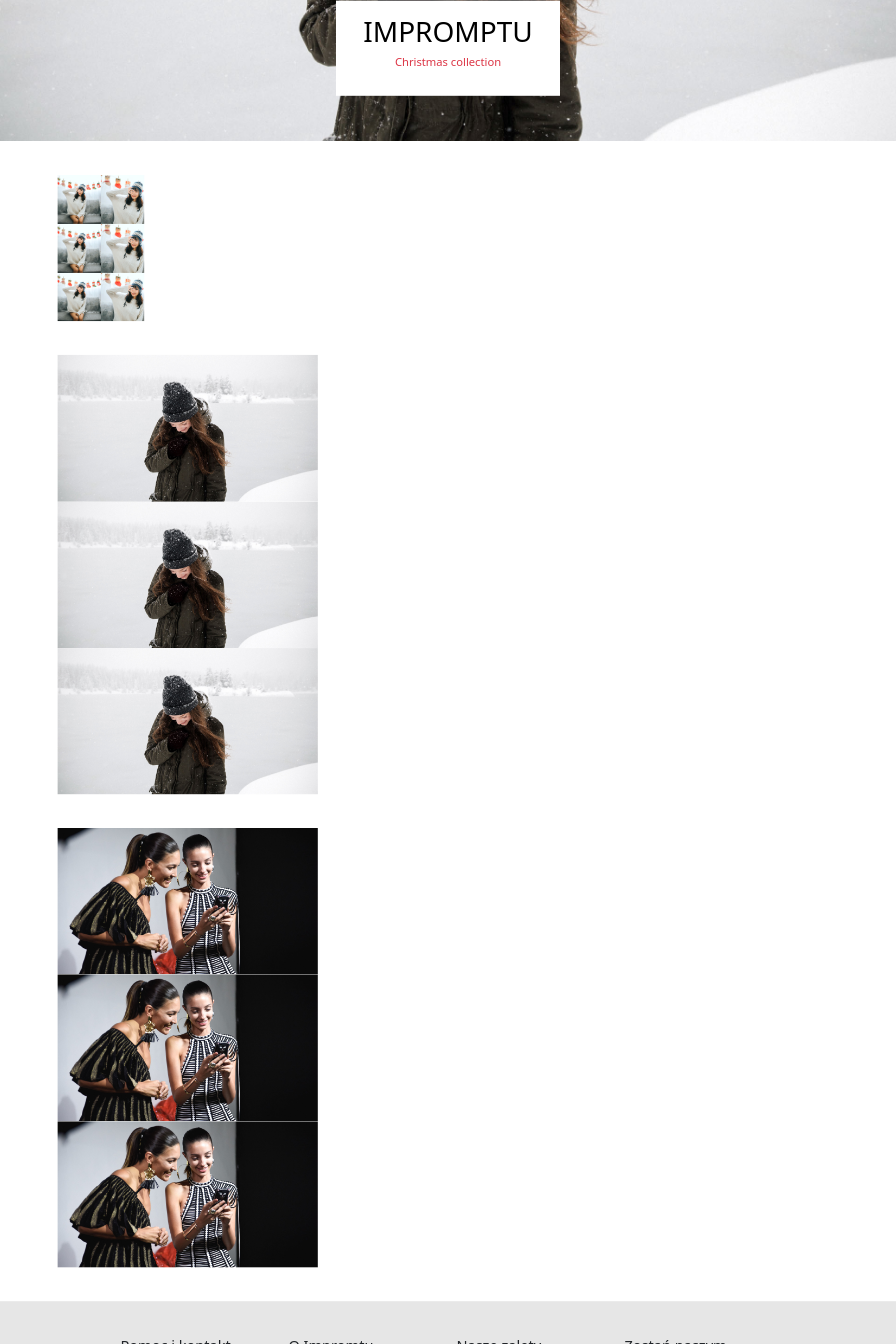
Repository: michalgornicki/Impromptu
Page: /
The author's editor kept a copy of each file at every save. The page is drawn from the files as they stood at one save, then again after a run of saves.
The browser window is 1280 px wide. The pictures show the part of the page from y = 547 to 2467 px (the page is 2988 px tall before and 2151 px after), at 70% of full size.
The project was rebuilt for these pictures with package versions that can differ from the ones it lists, and the page was loaded fresh each time.

Above is the page before, as saved 2021-12-23 14:39:04.

### src/App.jsx
import React from "react";
import "./App.css";
import "bootstrap/dist/css/bootstrap.min.css";
import Container from "react-bootstrap/Container";
import Navbar from "react-bootstrap/Navbar";
import Nav from "react-bootstrap/Nav";
import NavDropdown from "react-bootstrap/NavDropdown";
import Carousel from "react-bootstrap/Carousel";
import Row from "react-bootstrap/Row";
import Col from "react-bootstrap/Col";
import photo1 from "./1.jpg";
import photo2 from "./2.jpg";
import photo3 from "./3.jpg";
import photo4 from "./4.jpg";
import photo5 from "./5.jpg";

function App() {
  return (
    <p>
      <Navbar
        collapseOnSelect
        expand="lg"
        bg="light"
        variant="light"
        className="py-4 display-8 text-dark"
      >
        <Container>
          <Navbar.Brand href="#home" className="w-20 text-bold">IMPROMPTU</Navbar.Brand>
          <Navbar.Toggle aria-controls="responsive-navbar-nav" />
          <Navbar.Collapse id="responsive-navbar-nav">
            <Nav className="me-auto">
              <NavDropdown title="ONA" id="collasible-nav-dropdown">
                <NavDropdown.Item href="#action/3.1">Item</NavDropdown.Item>
                <NavDropdown.Item href="#action/3.2">
                Item
                </NavDropdown.Item>
                <NavDropdown.Item href="#action/3.3">
                Item
                </NavDropdown.Item>
                <NavDropdown.Item href="#action/3.4">
                Item
                </NavDropdown.Item>
                <NavDropdown.Item href="#action/3.4">
                Item
                </NavDropdown.Item>
                <NavDropdown.Item href="#action/3.4">
                Item
                </NavDropdown.Item>
                <NavDropdown.Item href="#action/3.4">
                Item
                </NavDropdown.Item>
                <NavDropdown.Item href="#action/3.4">
                Item
                </NavDropdown.Item>
                <NavDropdown.Item href="#action/3.4">
                Item
                </NavDropdown.Item>
                <NavDropdown.Item href="#action/3.4">
                Item
                </NavDropdown.Item>

              </NavDropdown>
              <NavDropdown title="ON" id="collasible-nav-dropdown">
                <NavDropdown.Item href="#action/3.1">Item</NavDropdown.Item>
                <NavDropdown.Item href="#action/3.2">
                Item
                </NavDropdown.Item>
                <NavDropdown.Item href="#action/3.3">
                Item
                </NavDropdown.Item>
                <NavDropdown.Item href="#action/3.4">
                Item
                </NavDropdown.Item>
                <NavDropdown.Item href="#action/3.4">
                Item
                </NavDropdown.Item>
                <NavDropdown.Item href="#action/3.4">
                Item
                </NavDropdown.Item>
                <NavDropdown.Item href="#action/3.4">
                Item
                </NavDropdown.Item>
              </NavDropdown>
              <Nav.Link href="#pricing">NOWOŚCI</Nav.Link>
              <Nav.Link href="#pricing">PROMOCJE</Nav.Link>
              <NavDropdown title="OUTLET" id="collasible-nav-dropdown">
                <div className="flex flex-column">
                  <div className="container">
                <NavDropdown.Item href="#action/3.1">Item</NavDropdown.Item>
                <NavDropdown.Item href="#action/3.2">
                Item
                </NavDropdown.Item>
                <NavDropdown.Item href="#action/3.3">
                Item
                </NavDropdown.Item>
                <NavDropdown.Item href="#action/3.4">
                Item
                </NavDropdown.Item>
                <NavDropdown.Item href="#action/3.4">
                Item
                </NavDropdown.Item>
                <NavDropdown.Item href="#action/3.4">
                Item
                </NavDropdown.Item>
                <NavDropdown.Item href="#action/3.4">
                Item
                </NavDropdown.Item>
                <NavDropdown.Item href="#action/3.4">
                Item
                </NavDropdown.Item>
                </div>
                <div className="container">
                <NavDropdown.Item href="#action/3.1">Item</NavDropdown.Item>
                <NavDropdown.Item href="#action/3.2">
                Item
                </NavDropdown.Item>
                <NavDropdown.Item href="#action/3.3">
                Item
                </NavDropdown.Item>
                <NavDropdown.Divider />
                <NavDropdown.Item href="#action/3.4">
                Item
                </NavDropdown.Item>
                </div>
                </div>
              </NavDropdown>
            </Nav>
            <Nav>
              <Nav.Link href="#deets">LOGOWANIE</Nav.Link>
              <Nav.Link href="#memes">MÓJ KOSZYK</Nav.Link>
            </Nav>
          </Navbar.Collapse>
        </Container>
      </Navbar>

      <Carousel variant="dark" indicators={false} pause="false">
  <Carousel.Item>
    <img
      className="d-block w-100"
      src={photo1}
      alt="First slide"
    />
    <Carousel.Caption>
      <h5 className="display-6">IMPROMPTU</h5>
      <p className="text-danger">Christmas collection</p>
    </Carousel.Caption>
  </Carousel.Item>
  <Carousel.Item>
    <img
      className="d-block w-100"
      src={photo2}
      alt="Second slide"
    />
    <Carousel.Caption>
    <h5 className="display-6">IMPROMPTU</h5>
      <p className="text-danger">Christmas collection</p>
    </Carousel.Caption>
  </Carousel.Item>
  <Carousel.Item>
    <img
      className="d-block w-100"
      src={photo3}
      alt="Third slide"
    />
    <Carousel.Caption>
    <h5 className="display-6">IMPROMPTU</h5>
      <p className="text-danger">Christmas collection</p>
    </Carousel.Caption>
  </Carousel.Item>
  <Carousel.Item>
    <img
      className="d-block w-100"
      src={photo4}
      alt="Third slide"
    />
    <Carousel.Caption>
    <h5 className="display-6">IMPROMPTU</h5>
      <p className="text-danger">Christmas collection</p>
    </Carousel.Caption>
  </Carousel.Item>
  <Carousel.Item>
    <img
      className="d-block w-100"
      src={photo5}
      alt="Third slide"
    />
    <Carousel.Caption>
    <h5 className="display-6">IMPROMPTU</h5>
      <p className="text-danger">Christmas collection</p>
    </Carousel.Caption>
  </Carousel.Item>
</Carousel>

<Container className="mt-5">
<div className="mb-5 flex flex-row">
  <div className="overflow-hidden w-33"><img className="grid-item" src={photo1} alt="" /></div>
  <div className="overflow-hidden w-33"><img className="grid-item" src={photo1} alt="" /></div>
  <div className="overflow-hidden w-33"><img className="grid-item" src={photo1} alt="" /></div>
</div>
<div className="mb-5">
<div className="overflow-hidden"><img className="grid-item" src={photo2} alt="" /></div>
<div className="overflow-hidden"><img className="grid-item" src={photo2} alt="" /></div>
<div className="overflow-hidden"><img className="grid-item" src={photo2} alt="" /></div>
</div>
<div className="mb-5">
<div className="overflow-hidden"><img className="grid-item" src={photo3} alt="" /></div>
<div className="overflow-hidden"> <img className="grid-item" src={photo3} alt="" /></div>
<div className="overflow-hidden"> <img className="grid-item" src={photo3} alt="" /></div>
</div>
</Container>

<Nav
  activeKey="/home"
  className="mt-5 pt-5 bg-lightgray"
>
  <Row className="w-75 m-auto">
  <Col>
  <div className="display-7 mb-2">
    Pomoc i kontakt
  </div>
  <Nav.Item>
    <Nav.Link className="text-slim" eventKey="link-1">At vero eos et accusamus</Nav.Link>
  </Nav.Item>
  <Nav.Item>
    <Nav.Link className="text-slim" eventKey="link-2">At vero eos et accusamus</Nav.Link>
  </Nav.Item>
  <Nav.Item>
    <Nav.Link className="text-slim" eventKey="link-2">At vero eos et accusamus</Nav.Link>
  </Nav.Item>
  <Nav.Item>
    <Nav.Link className="text-slim" eventKey="link-2">At vero eos et accusamus</Nav.Link>
  </Nav.Item>
  <Nav.Item>
    <Nav.Link className="text-slim" eventKey="link-2">At vero eos et accusamus</Nav.Link>
  </Nav.Item>
  <Nav.Item>
    <Nav.Link className="text-slim" eventKey="link-2">At vero eos et accusamus</Nav.Link>
  </Nav.Item>
  </Col>
  <Col>
  <div className="display-7 mb-2">
    O Impromtu
  </div>
  <Nav.Item>
    <Nav.Link className="text-slim" eventKey="link-1">At vero eos et accusamus</Nav.Link>
  </Nav.Item>
  <Nav.Item>
    <Nav.Link className="text-slim" eventKey="link-2">At vero eos et accusamus</Nav.Link>
  </Nav.Item>
  <Nav.Item>
  <Nav.Item>
    <Nav.Link className="text-slim" eventKey="link-2">At vero eos et accusamus</Nav.Link>
  </Nav.Item>
  </Nav.Item>
  </Col>
  <Col>
  <div className="display-7 mb-2">
    Nasze zalety
  </div>
  <Nav.Item>
    <Nav.Link className="text-slim" eventKey="link-1">At vero eos et accusamus</Nav.Link>
  </Nav.Item>
  <Nav.Item>
    <Nav.Link className="text-slim" eventKey="link-2">At vero eos et accusamus</Nav.Link>
  </Nav.Item>
  <Nav.Item>
  <Nav.Item>
    <Nav.Link className="text-slim" eventKey="link-2">At vero eos et accusamus</Nav.Link>
  </Nav.Item>
  <Nav.Item>
    <Nav.Link className="text-slim" eventKey="link-2">At vero eos et accusamus</Nav.Link>
  </Nav.Item>
  <Nav.Item>
    <Nav.Link className="text-slim" eventKey="link-2">At vero eos et accusamus</Nav.Link>
  </Nav.Item>
  </Nav.Item>
  </Col>
  <Col>
  <div className="display-7 mb-2">
    Zostań naszym partnerem
  </div>
  <Nav.Item>
    <Nav.Link className="text-slim" eventKey="link-1">At vero eos et accusamus</Nav.Link>
  </Nav.Item>
  <Nav.Item>
    <Nav.Link className="text-slim" eventKey="link-2">At vero eos et accusamus</Nav.Link>
  </Nav.Item>
  <Nav.Item>
  <Nav.Item>
    <Nav.Link className="text-slim" eventKey="link-2">At vero eos et accusamus</Nav.Link>
  </Nav.Item>
  <Nav.Item>
    <Nav.Link className="text-slim" eventKey="link-2">At vero eos et accusamus</Nav.Link>
  </Nav.Item>
  <Nav.Item>
    <Nav.Link className="text-slim" eventKey="link-2">At vero eos et accusamus</Nav.Link>
  </Nav.Item>
  <Nav.Item>
    <Nav.Link className="text-slim" eventKey="link-2">At vero eos et accusamus</Nav.Link>
  </Nav.Item>
  <Nav.Item>
    <Nav.Link className="text-slim" eventKey="link-2">At vero eos et accusamus</Nav.Link>
  </Nav.Item>
  </Nav.Item>
  </Col>
  </Row>
</Nav>


    </p>
  );
}

export default App;

### src/App.css
.w-20{
    width: 20%!important;
}

.w-33{
    width: 33.333%!important;
}

.text-bold{
    font-weight: 900!important;
}

.text-slim{
    font-weight: 100!important;
}

.navbar-brand{
    font-size: 1.8rem!important;
}

.display-7{
    font-size: 1.3rem;
}

.display-8{
    font-size: 1rem;
}

.nav-link {
    color: black!important;
}

.carousel img {
    height: 90vh;
    object-fit: cover;
}

.carousel-caption{
    background-color: rgba(255, 255, 255, 1);
    bottom: 10%!important;
    width: 25%;
    margin: auto;
}

.bg-lightgray{
    background-color: rgb(230, 230, 230);
}

.grid-item{
    width: 33.333%;
   }

.grid-item:hover{
 transform: scale(1.1);
}

Loaded but not shown: public/index.html (common file); src/index.js (common file); src/index.css (common file); src/reportWebVitals.js (common file)

After the next 8 saves:
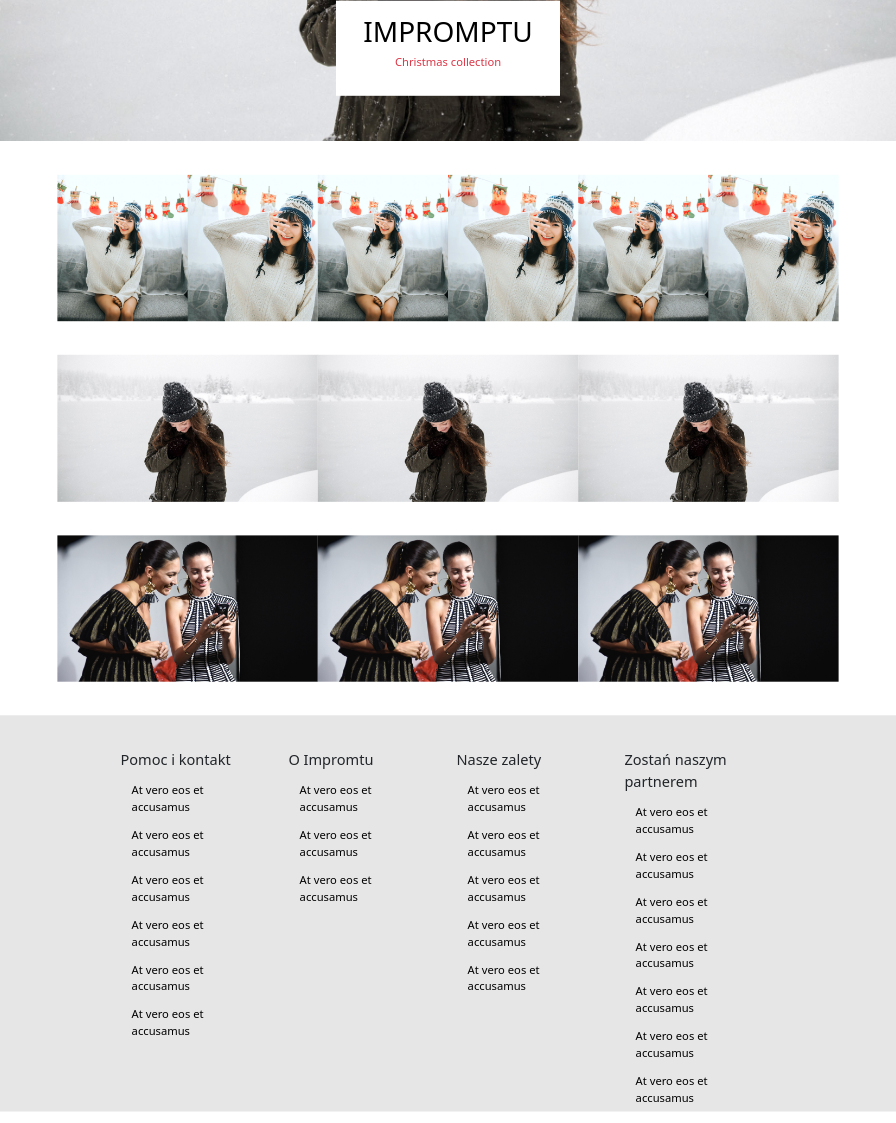
The 8 saves are shown as one change because they came seconds apart.
The last was saved 43 s later.
--- a/src/App.jsx
+++ b/src/App.jsx
@@ -192,20 +192,20 @@ function App() {
 </Carousel>
 
 <Container className="mt-5">
-<div className="mb-5 flex flex-row">
-  <div className="overflow-hidden w-33"><img className="grid-item" src={photo1} alt="" /></div>
-  <div className="overflow-hidden w-33"><img className="grid-item" src={photo1} alt="" /></div>
-  <div className="overflow-hidden w-33"><img className="grid-item" src={photo1} alt="" /></div>
+<div className="mb-5">
+  <img className="grid-item col-lg-4 col-md-3 col-xs-3" src={photo1} alt="" />
+  <img className="grid-item col-lg-4 col-md-3 col-xs-3" src={photo1} alt="" />
+  <img className="grid-item col-lg-4 col-md-3 col-xs-3" src={photo1} alt="" />
 </div>
 <div className="mb-5">
-<div className="overflow-hidden"><img className="grid-item" src={photo2} alt="" /></div>
-<div className="overflow-hidden"><img className="grid-item" src={photo2} alt="" /></div>
-<div className="overflow-hidden"><img className="grid-item" src={photo2} alt="" /></div>
+<img className="grid-item col-lg-4 col-md-3 col-xs-3" src={photo2} alt="" />
+  <img className="grid-item col-lg-4 col-md-3 col-xs-3" src={photo2} alt="" />
+  <img className="grid-item col-lg-4 col-md-3 col-xs-3" src={photo2} alt="" />
 </div>
 <div className="mb-5">
-<div className="overflow-hidden"><img className="grid-item" src={photo3} alt="" /></div>
-<div className="overflow-hidden"> <img className="grid-item" src={photo3} alt="" /></div>
-<div className="overflow-hidden"> <img className="grid-item" src={photo3} alt="" /></div>
+<img className="grid-item col-lg-4 col-md-3 col-xs-3" src={photo3} alt="" />
+  <img className="grid-item col-lg-4 col-md-3 col-xs-3" src={photo3} alt="" />
+  <img className="grid-item col-lg-4 col-md-3 col-xs-3" src={photo3} alt="" />
 </div>
 </Container>
 
